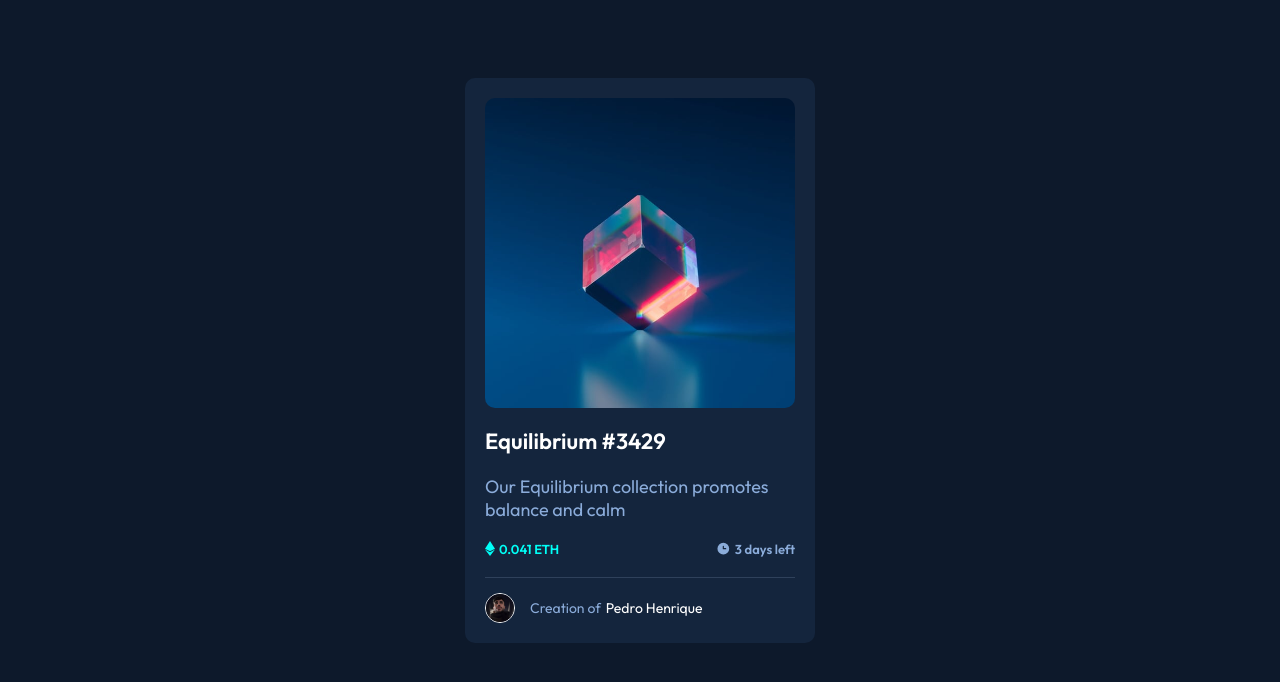
Repository: PedroHEAA/nft
Page: index.html
These files come from the project's save history. The page is drawn as it stood at one moment and after a run of saves; the edit follows.
The browser window is 1280 px wide. The pictures show the whole page.

Above is the page before, as saved 2022-11-05 20:13:45.

### index.html
<!DOCTYPE html>
<html lang="en">

<head>
    <meta charset="UTF-8">
    <meta http-equiv="X-UA-Compatible" content="IE=edge">
    <meta name="viewport" content="width=device-width, initial-scale=1.0">
    <meta name="description"
        content="Esse é um projeto do front end mentor, para eu desenvolver habilidades técnicas para ficar cada dia melhor">
    <link rel="stylesheet" href="src/css/reset.css">
    <link rel="stylesheet" href="src/css/variables.css">
    <link rel="stylesheet" href="src/css/style.css">
    <link rel="shortcut icon" href="src/images/favicon-32x32.png" type="image/x-icon">
    <title>NFT - preview card component</title>
</head>

<body>
    <main class="container">
        <div class="card">

            <a class="image-link" href="#">
                <img src="src/images/image-equilibrium.jpg" alt="Equilibrium NFT image">
            </a>
            <div class="alinhar">
            <div class="card-information">
                <a href="#">
                    <h2 class="title">Equilibrium #3429</h2>
                </a>

                <p class="card-description">Our Equilibrium collection promotes balance and calm</p>
            </div>

            <div class="info-element">
                <p class="angle"> <img src="src/images/icon-ethereum.svg" alt="" width="10px" height="15px"> 0.041 ETH</p>
                <p class="days-left"> <img src="src/images/icon-clock.svg" alt="" width="15px" height="15px"> 3 days left</p>
            </div>

            <div class="creator">
                <img src="src/images/WhatsApp Image 2022-10-10 at 16.39.07.jpeg" alt="NFT creator" width="30px">
                <p> Creation of <a class="creator-link" href="#"> Pedro Henrique</a></p>
            </div>
        </div>
        </div>
    </main>
</body>

</html>

### src/css/reset.css
*{
    margin: 0;
    padding: 0;
    box-sizing: border-box;
}

a{
    text-decoration: none;
    color: var(--white);
}

### src/css/variables.css
:root{
    --main-color: hsl(217, 54%, 11%);
    --card-color: hsl(216, 50%, 16%);
    --line-color: hsl(215, 32%, 27%);
    --white: hsl(0, 0%, 100%);
    --angle-color: hsl(178, 100%, 50%);
    --secondary-color: hsl(215, 51%, 70%);
}

### src/css/style.css
@import url('https://fonts.googleapis.com/css2?family=Outfit:wght@300;400;600&display=swap');

body{
    font-family: 'Outfit', sans-serif;
    background-color: var(--main-color);
}

.container{
    max-width: 100vw;
    height: 100vh;
    display: flex;
    justify-content: center;
    align-items: center;

}

.card{
    background-color: var(--card-color);
    max-width: 350px;
    border-radius: 10px;
    display: flex;
    flex-direction: column;
    align-items: center;
    padding: 20px;
}

.card .title{
    font-size: 22px;
    justify-content: flex-start;
    margin-top: 15px;

}

.card .title:hover{
    cursor: pointer;
    color: var(--angle-color);
}

.card .card-description{
    color: var(--secondary-color);
    font-size: 18px;
    margin-top: 20px;
}

.card a img{
    width: 100%;
    border-radius: 10px;
}

.card .image-link{
    position: relative;
}

.card .image-link::before{
    display: none;
    content: '';
    background-color: var(--angle-color);
    width: 100%;
    height: 100%;
    position: absolute;
    opacity: 0.4;
    border-radius: 10px;
}

.info-element{
    display: flex;
    justify-content: space-between;
    gap: 100px;
    font-size: 13px;
    font-weight: 600;
    margin-top: 20px;
    margin-bottom: 20px;
}

.info-element .angle{
    color: var(--angle-color);
    display: flex;
    gap: 4px;
}

.info-element .days-left{
    color: var(--secondary-color);
    display: flex;
    gap: 4px;
}

.card .creator{
    display: flex;
    align-items: center;
    gap: 15px;
    border-top: 1px solid var(--line-color);
    padding-top: 15px;
}

.card .creator img{
    border-radius: 50px;
    border: 1px solid white;
}

.card .creator p{
    display: flex;
    font-size: 14px;
    gap: 5px;
    color: var(--secondary-color);
}

.card .creator .creator-link{
    color: var(--white);

}

.card .creator .creator-link:hover{
    color: var(--angle-color);
}

After the next 3 saves:
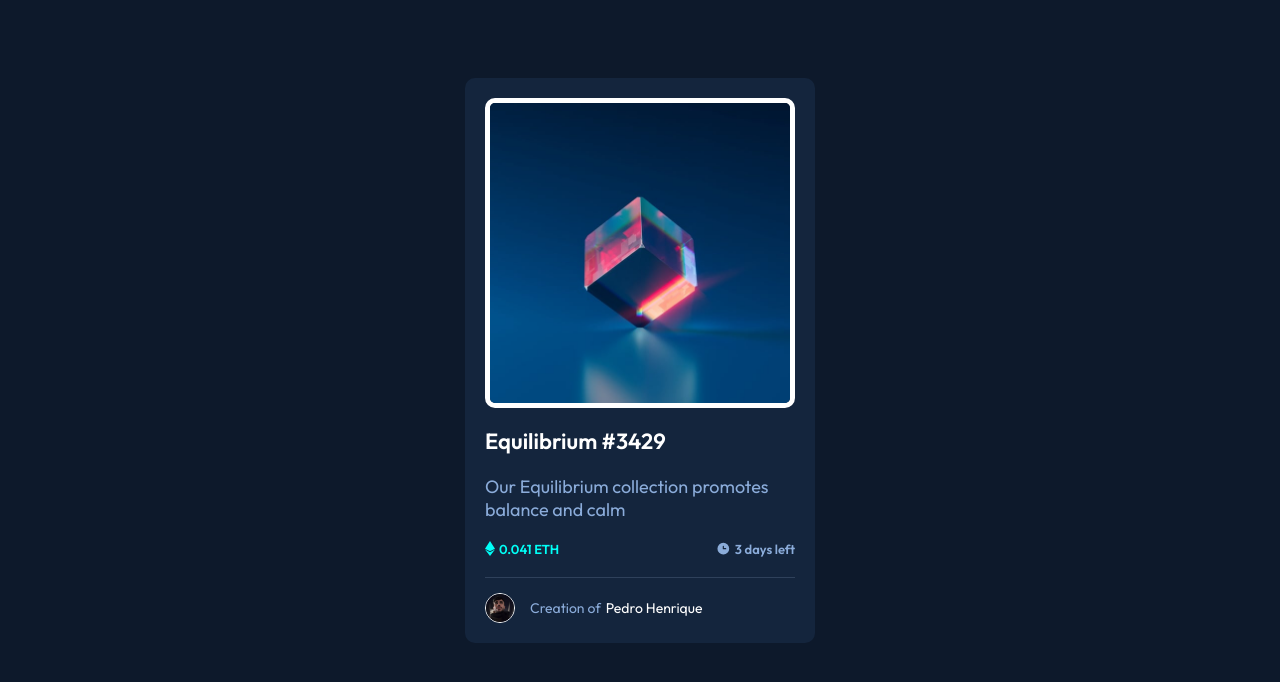
The 3 saves are shown as one change because they came seconds apart.
The last was saved 22 s later.
--- a/src/css/style.css
+++ b/src/css/style.css
@@ -45,6 +45,7 @@
 .card a img{
     width: 100%;
     border-radius: 10px;
+    border: 5px solid;
 }
 
 .card .image-link{
